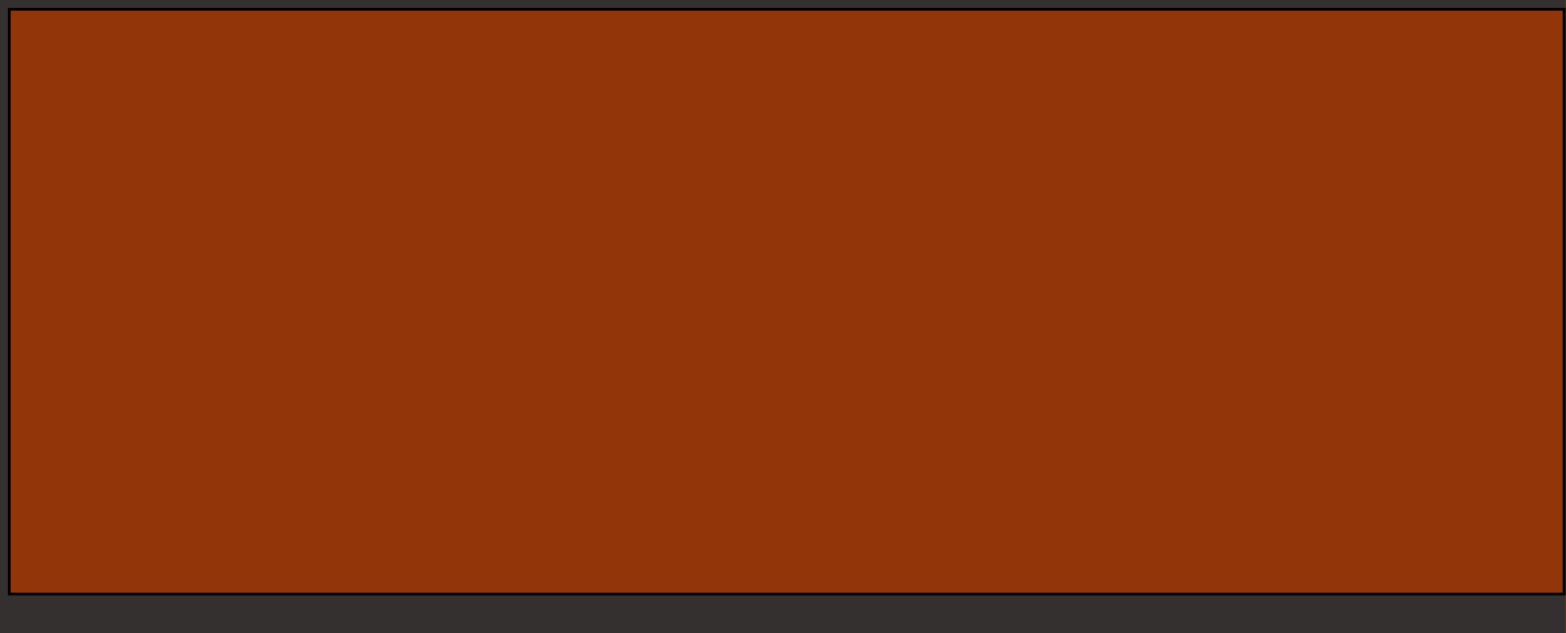
Repository: mi222eh/1dv403-laborationer
Page: 3-gameon/memory/index.html
The author's editor kept a record of every edit. The page is drawn from the files as they stood at one moment, then again after the next edit.
The browser window is 1280 px wide. The page is 1614 px wide, so the pictures cover 1614 px, including what lies to the right of the window. The pictures show the whole page, at 97% of full size.

Above is the page before.
Console error: ReferenceError: myGames is not defined

### 3-gameon/memory/index.html
<!DOCTYPE html>
<html lang="sv">
    <head>
        <meta charset="utf-8" />
        <title>Memory</title>
        <link rel="stylesheet" href="css/basic.css" type="text/css" />
    </head>
    <body>
        <div id="gamingBoard">
            <div id="game1"></div>
        </div>

        <script type="text/javascript" src="script/memory.js"></script>
        <script type="text/javascript" src="script/random.js"></script>
        <script type="text/javascript" src="script/script.js"></script>
    </body>
</html>

### 3-gameon/memory/css/basic.css
body {
    background-color:#33302F;
}

#gamingBoard{
    width:1600px;
    min-height:600px;
    background-color:#923508;
    margin:0 auto;
    border:solid 3px;
}


.row {
    display:block;
}
.row div {
    display:inline;
    padding:10px;
}
.row div img {
    padding:5px;
}

.gaming {
    position:relative;
    display:block;
    border-bottom: solid black 3px;
    height="600px"
    padding:20px;

}
.bricks{
    position:relative;
    width:30%;
    margin:0 auto;
}
.error{
    background-color:red;
}

### 3-gameon/memory/script/memory.js
"use strict"

function MemoryGame(row, col, gameID, gameLayoutID){

    this.getRow = function(){return row};
    this.getCol = function(){return col};
    var THIS = this;

    this.imgPosition = RandomGenerator.getPictureArray(row, col);

    this.area = document.getElementById(gameID);

    MemoryGame.prototype.generateGame = function(){

        if (gameLayoutID === 0) {
            this.area.appendChild(THIS.layout0());
        }
        else if (gameLayoutID === 1) {
            this.area.appendChild(THIS.layout1());
        }
    };
    MemoryGame.prototype.layout0 = function(){

    };
    MemoryGame.prototype.layout1 = function(){
        var picture = 0;

        var masterdiv = document.createElement('div');
        masterdiv.classList.add('bricks');
        for (var i = 0; i < THIS.getRow(); i+=1) {

            var rowdiv = document.createElement('div');
            rowdiv.classList.add('row');

            for (var m = 0; m < this.getCol(); m+=1) {
                var coldiv = document.createElement('div');
                coldiv.classList.add(picture);

                var img = document.createElement('img');
                img.setAttribute("src", "pics/0.png");
                img.setAttribute("alt", "nr " + (picture+1));
                img.setAttribute("height", "24px");
                img.setAttribute("width", "24px");

                var a = document.createElement('a');
                a.setAttribute("href", "#")

                a.appendChild(img)
                coldiv.appendChild(a);

                rowdiv.appendChild(coldiv);
                picture += 1;
            }
            masterdiv.appendChild(rowdiv);
        }
        return masterdiv;
    };



}

### 3-gameon/memory/script/random.js
var RandomGenerator = {

	/*
		Denna metod tar antalet rader och columner som inparameter.

		Metoden returnerar en array innehållandes utslumpade tal mellan 1 och (rows*cols)/2. Varje tal representeras två
		gånger och motsvarar således en spelbricka.

		I en 4*4 matris kan Arrayen t.ex. se ut så här:
		[1,2,6,8,6,2,5,3,1,3,7,5,8,4,4,7]

		I en 2*4 matris kan Arrayen t.ex. se ut så här:
		[3,4,4,1,2,1,2,3]
	*/

	getPictureArray: function(rows, cols)
	{
		var numberOfImages = rows*cols;
		var maxImageNumber = numberOfImages/2;

	   	var imgPlace = [];

	   //Utplacering av bilder i Array
	   for(var i=0; i<numberOfImages; i++)
		  imgPlace[i] = 0;

		for(var currentImageNumber=1; currentImageNumber<=maxImageNumber; currentImageNumber++)
		{
			var imageOneOK = false;
			var imageTwoOK = false;

			do
			{
				if(imageOneOK == false)
				{
					var randomOne = Math.floor( (Math.random() * (rows*cols-0) + 0) );

					if( imgPlace[randomOne] == 0 )
					{
						imgPlace[randomOne] = currentImageNumber;
						imageOneOK = true;
					}
				}

				if(imageTwoOK == false)
				{
					var randomTwo = Math.floor( (Math.random() * (rows*cols-0) + 0) );

					if( imgPlace[randomTwo] == 0 )
					{
						imgPlace[randomTwo] = currentImageNumber;
						imageTwoOK = true;
					}
				}
			}
			while(imageOneOK == false || imageTwoOK == false);
		}

		return imgPlace;
	}
}

### 3-gameon/memory/script/script.js
"use strict"

window.onload = function(){
    myGames.init();
};

After the next edit:
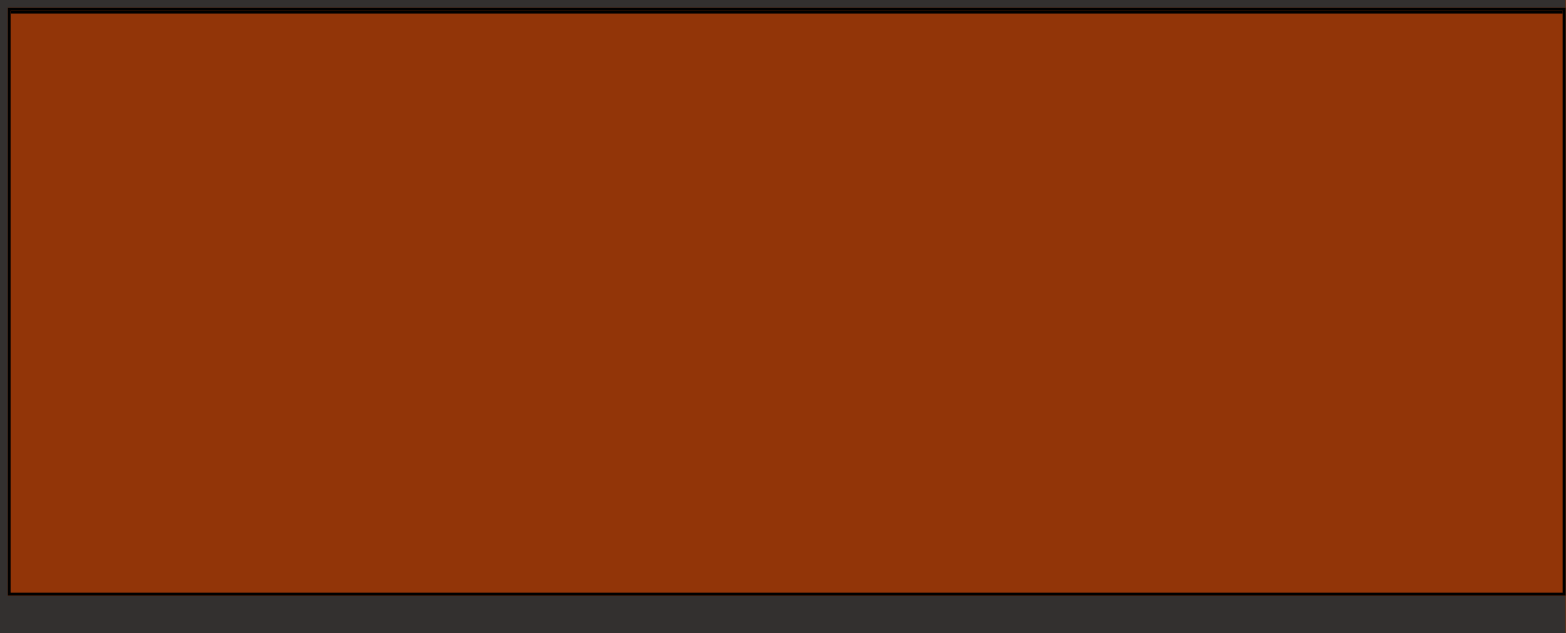
The edit:
--- a/3-gameon/memory/index.html
+++ b/3-gameon/memory/index.html
@@ -7,7 +7,7 @@
     </head>
     <body>
         <div id="gamingBoard">
-            <div id="game1"></div>
+            <div id="game1" class="gaming"></div>
         </div>
 
         <script type="text/javascript" src="script/memory.js"></script>
